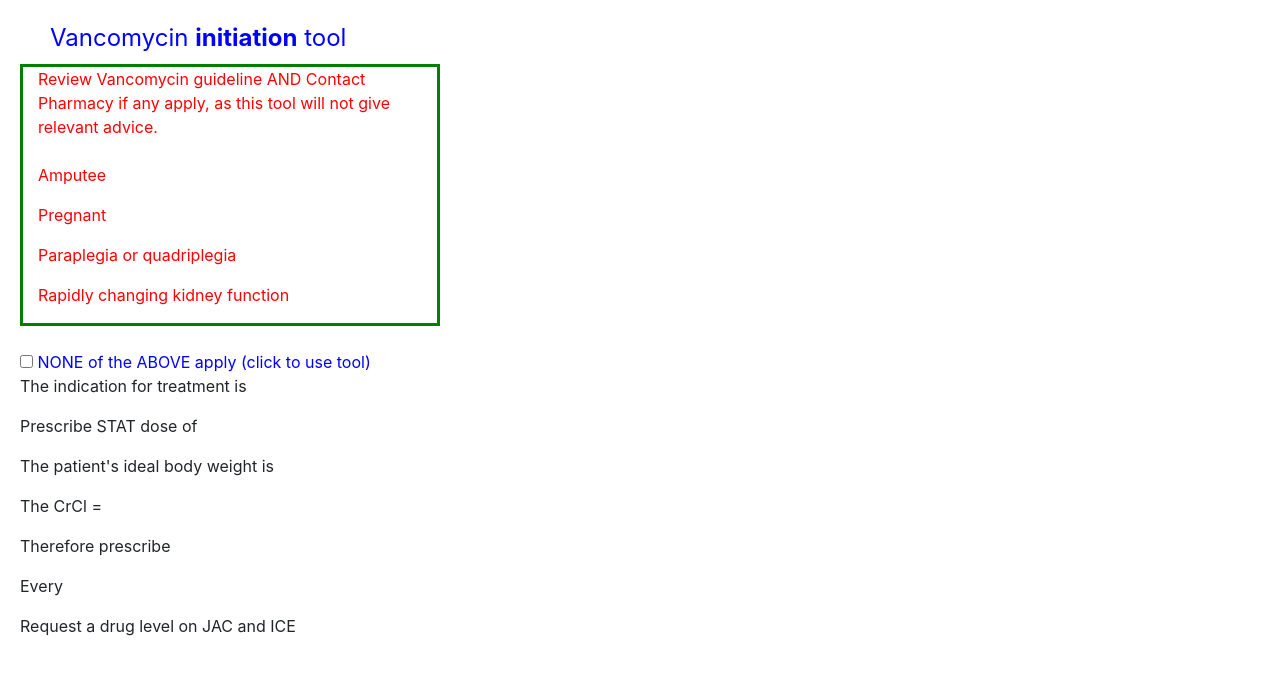
Repository: Mismiles/project-clinical-calculator
Page: index.html
The author's editor kept a record of every edit. The page is drawn from the files as they stood at one moment, then again after the next edit.
The browser window is 1280 px wide. The pictures show the whole page.

Above is the page before.

After the next edit:
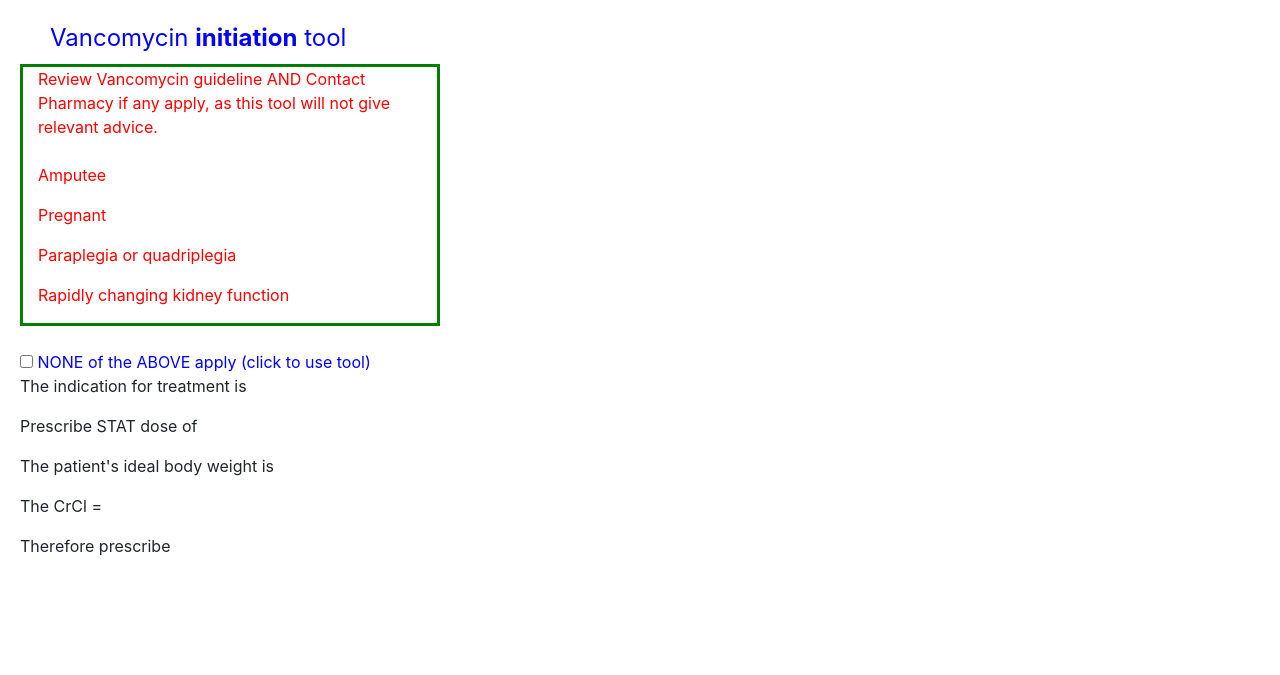
The edit:
--- a/index.html
+++ b/index.html
@@ -142,9 +142,7 @@
 <p id="bmi_calc">The patient's BMI is</p>
 <p id="ibw_text">The patient's ideal body weight is</p>
 <p id="result_g">The CrCl =</p>
-<p id="output_text">Therefore prescribe</p>
-<p id="output_text">Every <b></b></p>
-<p id="output_text">Request a drug level on JAC and ICE</p>
+<p id="main_dose">Therefore prescribe</p>
 
 
 
